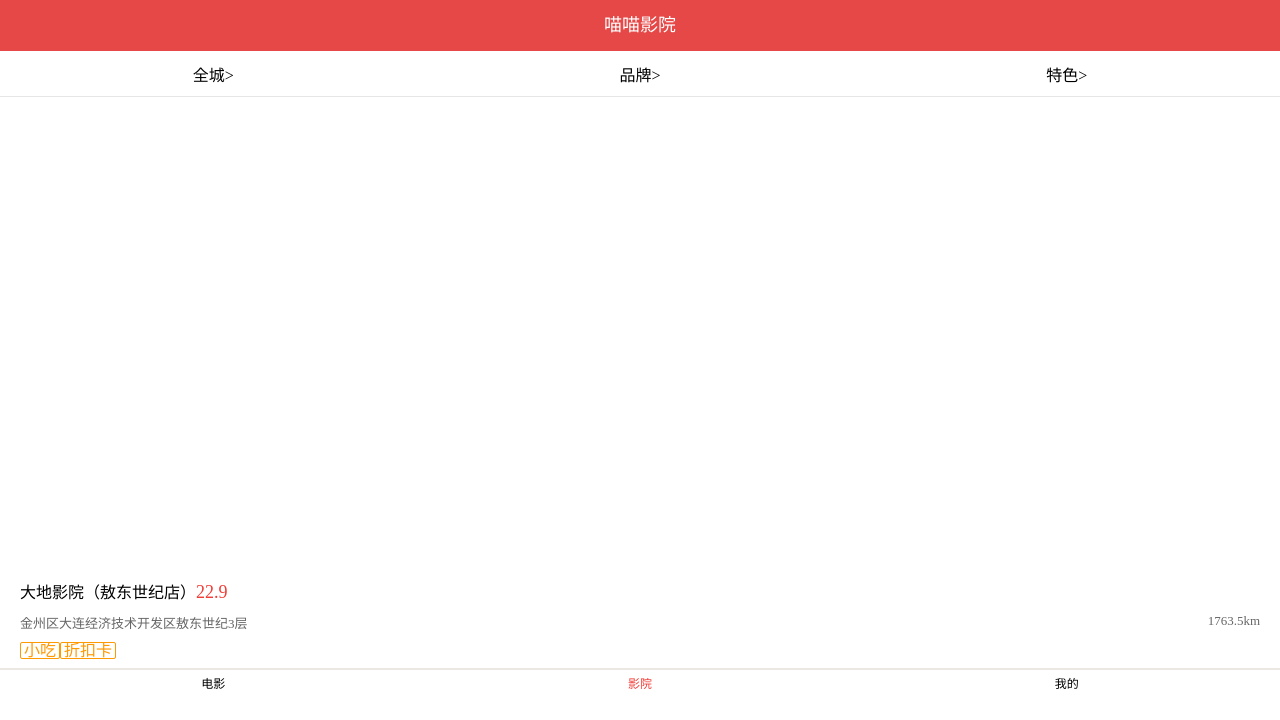
Repository: X-J-0/miaomiao_film
Page: /cinema (app in miaomiao/)
The author's editor kept a copy of each file at every save. The page is drawn from the files as they stood at one save, then again after a run of saves.
The browser window is 1280 px wide. The pictures show the whole page.
The page's requests for data from a server got no answer. The project was rebuilt for these pictures with package versions that can differ from the ones it lists, and the page was loaded fresh each time. No one was signed in, and anything a server would have sent is missing. Also part of the build but not shown: miaomiao/vue.config.js.

Above is the page before, as saved 2020-03-26 17:35:01.

### miaomiao/public/index.html
<!DOCTYPE html>
<html lang="en">
  <head>
    <meta charset="utf-8">
    <meta http-equiv="X-UA-Compatible" content="IE=edge">
    <meta name="viewport" content="width=device-width,initial-scale=1.0,user-scalable=no">
    <link rel="icon" href="<%= BASE_URL %>favicon.ico">
    <link rel="stylesheet" href="<%= BASE_URL %>css/common.css">
    <!-- <link rel="stylesheet" href="<%= BASE_URL %>css/common.css"> -->
    <title><%= htmlWebpackPlugin.options.title %></title>
  </head>
  <body>
    <noscript>
      <strong>We're sorry but <%= htmlWebpackPlugin.options.title %> doesn't work properly without JavaScript enabled. Please enable it to continue.</strong>
    </noscript>
    <div id="app"></div>
    <!-- built files will be auto injected -->
  </body>
</html>

### miaomiao/src/main.js
import Vue from 'vue'
import App from './App.vue'
import router from './router'
import store from './store'
import axios from 'axios'
Vue.prototype.axios = axios;
Vue.filter('setWH',(url,arg)=>{
  return url.replace(/w\.h/,arg);
});
Vue.config.productionTip = false

new Vue({
  router,
  store,
  render: h => h(App)
}).$mount('#app')

### miaomiao/src/App.vue
<template>
    <keep-alive>
        <router-view/>
    </keep-alive>
</template>

<style lang="scss">
</style>

### miaomiao/src/router/index.js
import Vue from 'vue'
import VueRouter from 'vue-router'
import movieRouter from './movie'
import mineRouter from './mine'
import cinemaRouter from './cinema'

Vue.use(VueRouter)


const router = new VueRouter({
  mode: 'history',
  base: process.env.BASE_URL,
  routes: [
    movieRouter,
    mineRouter,
    cinemaRouter,
    {
      path:'/*',
      redirect:'/movie'
    }
  ]
})

export default router

### miaomiao/src/router/movie/index.js
export default {
    path:'/movie',
    component : () => import('@/views/Movie'),
    children:[
        {
            path:'city',
            component:()=>import('@/components/City')
        },
        {
            path:'nowPlaying',
            component:()=>import('@/components/NowPlaying')
        },
        {
            path:'comingSoon',
            component:()=>import('@/components/ComingSoon')
        },
        {
            path:'search',
            component:()=>import('@/components/Search')
        },
        {
            path:'/movie',
            redirect:'/movie/nowPlaying'
        }
    ]
}

### miaomiao/src/router/mine/index.js
export default {
    path:'/mine',
    component : () => import('@/views/Mine'),
    children:[
        {
            path:'center',
            component:()=>import('@/views/Mine/center.vue')
        },
        {
            path:'login',
            component:()=>import('@/components/Login')
        },
        {
            path:'register',
            component:()=>import('@/components/Register')
        },
        {
            path:'findPassword',
            component:()=>import('@/components/FindPassword')
        },
        {
            path:'/mine',
            redirect:'center'
        }
    ]
}

### miaomiao/src/router/cinema/index.js
export default {
    path:'/cinema',
    component : () => import('@/views/Cinema'),
    children:[
        {
            path:'allocate',
            component:()=>import('@/components/Allocate')
        },
        {
            path:'brand',
            component:()=>import('@/components/Brand')
        },
        {
            path:'special',
            component:()=>import('@/components/Special')
        },
        {
            path:'/cinema',
            redirect:'/cinema/allocate'
        }
    ]
}

### miaomiao/src/views/Cinema/index.vue
<template>
    <div id="main">
        <Header title="喵喵影院" />
        <div id="content">
          <div class="cinema_menu">
            <router-link tag="div" to="/cinema/allocate" class="city_switch">
              全城>
            </router-link>
            <router-link tag="div" to="/cinema/brand" class="brand_switch">
              品牌>
            </router-link>
            <router-link tag="div" to="/cinema/special" class="feature_switch">
              特色>
            </router-link>
          </div>
        </div>
        <!-- <Clist/> -->
        <keep-alive>
            <router-view/>
        </keep-alive>
        <TabBar />
    </div>
</template>

<script>

import Header from '@/components/Header';
import TabBar from '@/components/TabBar';
// import Clist from '@/components/Clist';
export default {
  name:'Cinema',
    components : {
    Header,
    TabBar,
    // Clist
  },
  data(){
   return {

   }
  }
}
</script>

<style scoped>
#content .cinema_menu{width:100%;height:45px;border-bottom:1px solid #e6e6e6;display:flex;justify-content:space-around;align-items: center;background-color: #fff; ;}
</style>

### miaomiao/src/components/Allocate/index.vue
<template>
<div class="cinema_body">
    <ul>
        <li>
            <div>
                <span>大地影院（敖东世纪店）</span>
                <span class="q"><span class="price">22.9</span></span>
            </div>
            <div class="address">
                <span>金州区大连经济技术开发区敖东世纪3层</span>
                <span>1763.5km</span>
            </div>
            <div class="card">
                <div>小吃</div>
                <div>折扣卡</div>
            </div>
        </li>
    </ul>
</div>
</template>

<script>
export default {
  name:'Allocate',
  data(){
   return {
       cinemaList:[]
   };
  },
  mounted(){
      this.axios.get('/api/cinemaList?cityId=10').then((res)=>{
          var msg = res.data.msg;
          if(msg === 'ok'){
              this.cinemaList = res.data.data.cinemas;
          }
      })
  }
}
</script>

<style scoped>
#content .cinema_body{flex:1;overflow:auto;}
.cinema_body ul{padding:20px;}
.cinema_body li{border-bottom:1px solid #e6e6e6;margin-bottom:20px;}
.cinema_body div{margin-bottom:10px;}
.cinema_body .q{font-size:11px;color:#f03d37;}
.cinema_body .price{font-size:18px;}
.cinema_body .address{font-size:13px;color:#666;}
.cinema_body .address span:nth-of-type(2){float:right;}
.cinema_body .card{display:flex;}
.cinema_body .card div{padding:0 3px;height:15px;line-height: 15px;border-radius: 2px;color:#f90;border:1px solid #f90;}
.cinema_body .card div.or{color:#f90;border:1px solid #f90;}
.cinema_body .card div.bl{color:#589daf;border:1px solid #589daf;}
</style>

### miaomiao/src/components/Header/index.vue
<template>
    <header id="header">
        <h1>{{title}}</h1>
    </header>
</template>

<script>
export default {
  name:'Header',
  props:{
      title:{
          type:String,
          default:'喵喵电影'
      }
  }
}
</script>

<style scoped>
#header{width:100%;height:50px;color:#fff;background-color: #e54847;border-bottom:1px solid #e54847;position: relative;}
#header h1{font-size:18px;text-align: center;line-height: 50px; font-weight: normal;}
#header i{position:absolute;left:5px;top:50%;margin-top:-13px;font-size:26px;}
</style>

### miaomiao/src/components/TabBar/index.vue
<template>
    <footer id="footer">
        <ul>
            <router-link tag="li" to="/movie">
                <!-- <i class="iconfont icon-dianying"></i> -->
                <p>电影</p>
            </router-link>
            <router-link tag="li" to="/cinema">
                <!-- <i class="iconfont icon-yingyuan"></i> -->
                <p>影院</p>
            </router-link>
            <router-link tag="li" to="/mine">
                <!-- <i class="iconfont icon-dianying"></i> -->
                <p>我的</p>
            </router-link>
        </ul>
    </footer>
</template>

<script>
export default {
  name:'Footer',
  data(){
   return {

   }
  }
}
</script>

<style scoped>
#footer{width:100%; height:50px;background-color: #fff;border-top:2px #ebe8e3 solid;position:fixed;left:0;bottom:0;}
#footer ul{display:flex;text-align: center;height:50px;align-items:center;}
#footer ul li{flex:1;height:40px;}
#footer ul li.active{color:#f03d37;}
#footer ul li.router-link-active{color:#f03d37;}
#footer ul i{font-size:20px;}
#footer ul p{font-size:12px;line-height:18px;}
</style>

### miaomiao/public/css/common.css
*{ margin : 0; padding : 0;}
ul,li{ list-style: none}
img{ display: block}
html, body{ height:100%}
.clearfix:after{ content:""; display:block; clear:both}
#main{ height: 100%; display: flex; flex-direction: column;}
#content{ flex:1; overflow:auto; margin-bottom: 50px;position: relative;display: flex;flex-direction: column;}

Loaded but not shown: miaomiao/src/store/index.js (common file)

After the next 2 saves:
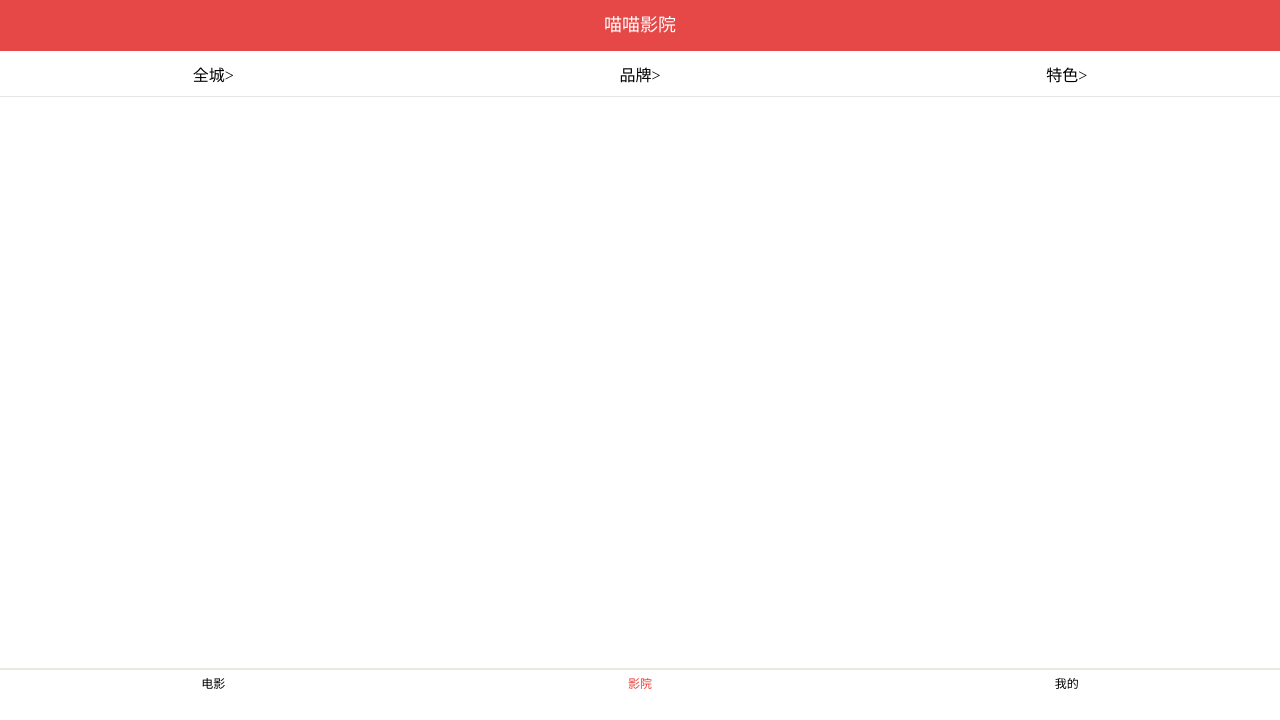
The 2 saves are shown as one change because 1 did not build or start.
The last was saved 7 min 35 s later.
--- a/miaomiao/src/components/Allocate/index.vue
+++ b/miaomiao/src/components/Allocate/index.vue
@@ -1,18 +1,19 @@
 <template>
 <div class="cinema_body">
     <ul>
-        <li>
+        <li v-for="item in cinemaList" :key="item.id">
             <div>
-                <span>大地影院（敖东世纪店）</span>
-                <span class="q"><span class="price">22.9</span></span>
+                <span>{{item.nm}}</span>
+                <span class="q"><span class="price">{{item.sellPrice}}</span></span>
             </div>
             <div class="address">
-                <span>金州区大连经济技术开发区敖东世纪3层</span>
-                <span>1763.5km</span>
+                <span>{{item.addr}}</span>
+                <span>{{item.distance}}</span>
             </div>
             <div class="card">
-                <div>小吃</div>
-                <div>折扣卡</div>
+                <div class="card">
+                    <div v-for="(itemCard,key) in item.tag" :key="key" v-if="num===1">{{num}}</div>
+                </div>
             </div>
         </li>
     </ul>
